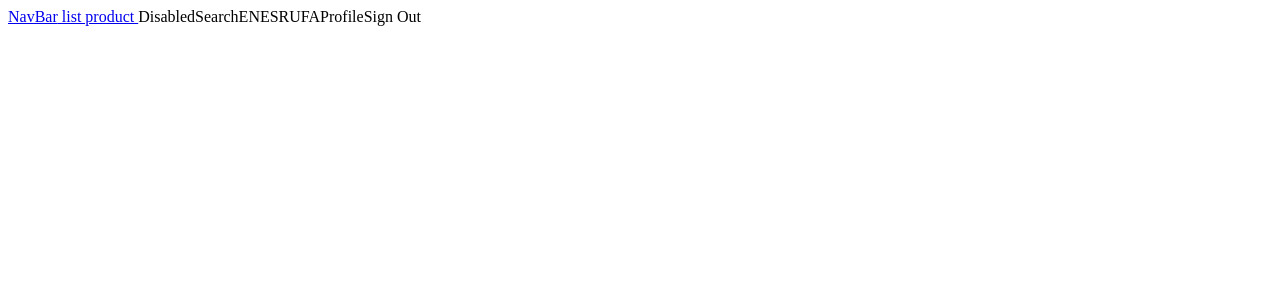
Repository: AHSANS354/ecommerce-catalog
Page: /
The author's editor kept a copy of each file at every save. The page is drawn from the files as they stood at one save, then again after the next save.
The browser window is 1280 px wide. The pictures show the whole page.
The project was rebuilt for these pictures with package versions that can differ from the ones it lists, and the page was loaded fresh each time. Also part of the build but not shown: vue.config.js.

Above is the page before, as saved 2023-03-01 15:19:07.

### src/App.vue
<template>
  <div id="app">
    <router-view />
  </div>
</template>

### src/views/HomeView.vue
<template>
  <div class="home">
    <navbar-view />
  </div>
</template>

<script>
import NavbarView from "@/components/NavbarView.vue";
// @ is an alias to /src

export default {
  name: "HomeView",
  components: {
    NavbarView,
  },
};
</script>

### src/components/NavbarView.vue
<template>
  <div class="container">
    <b-navbar toggleable="lg" type="dark" variant="info">
      <router-link class="navbar-brand" to="/">NavBar</router-link>

      <b-navbar-toggle target="nav-collapse"></b-navbar-toggle>

      <b-collapse id="nav-collapse" is-nav>
        <b-navbar-nav>
          <router-link class="nav-item dropdown" to="/">
            list product
          </router-link>
          <b-nav-item href="#" disabled>Disabled</b-nav-item>
        </b-navbar-nav>

        <!-- Right aligned nav items -->
        <b-navbar-nav class="ml-auto">
          <b-nav-form>
            <b-form-input
              size="sm"
              class="mr-sm-2"
              placeholder="Search"
            ></b-form-input>
            <b-button size="sm" class="my-2 my-sm-0" type="submit"
              >Search</b-button
            >
          </b-nav-form>

          <b-nav-item-dropdown text="Lang" right>
            <b-dropdown-item href="#">EN</b-dropdown-item>
            <b-dropdown-item href="#">ES</b-dropdown-item>
            <b-dropdown-item href="#">RU</b-dropdown-item>
            <b-dropdown-item href="#">FA</b-dropdown-item>
          </b-nav-item-dropdown>

          <b-nav-item-dropdown right>
            <!-- Using 'button-content' slot -->
            <template #button-content>
              <em>User</em>
            </template>
            <b-dropdown-item href="#">Profile</b-dropdown-item>
            <b-dropdown-item href="#">Sign Out</b-dropdown-item>
          </b-nav-item-dropdown>
        </b-navbar-nav>
      </b-collapse>
    </b-navbar>
  </div>
</template>

<script>
export default {
  name: "NavbarView",
};
</script>

<style>
</style>

Loaded but not shown: public/index.html (common file); src/main.js (common file); src/router/index.js (common file)

After the next save:
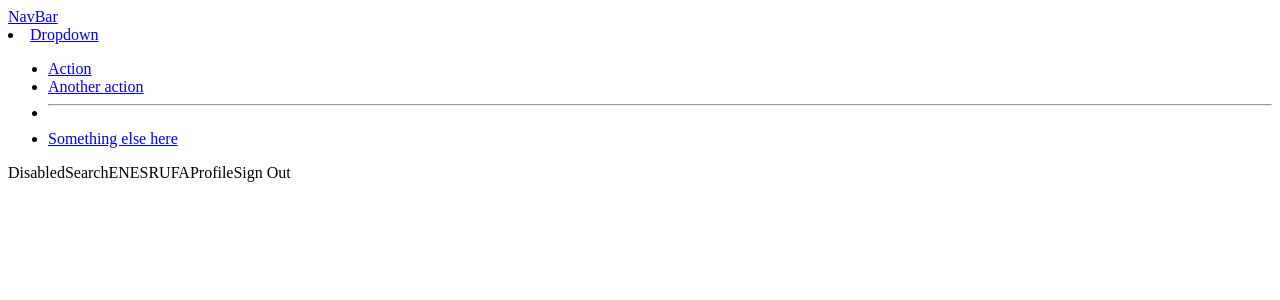
Saved 68 s later.
--- a/src/components/NavbarView.vue
+++ b/src/components/NavbarView.vue
@@ -7,9 +7,23 @@
 
       <b-collapse id="nav-collapse" is-nav>
         <b-navbar-nav>
-          <router-link class="nav-item dropdown" to="/">
-            list product
-          </router-link>
+          <li class="nav-item dropdown">
+            <a
+              class="nav-link dropdown-toggle"
+              href="#"
+              role="button"
+              data-bs-toggle="dropdown"
+              aria-expanded="false"
+            >
+              Dropdown
+            </a>
+            <ul class="dropdown-menu">
+              <li><a class="dropdown-item" href="#">Action</a></li>
+              <li><a class="dropdown-item" href="#">Another action</a></li>
+              <li><hr class="dropdown-divider" /></li>
+              <li><a class="dropdown-item" href="#">Something else here</a></li>
+            </ul>
+          </li>
           <b-nav-item href="#" disabled>Disabled</b-nav-item>
         </b-navbar-nav>
 
